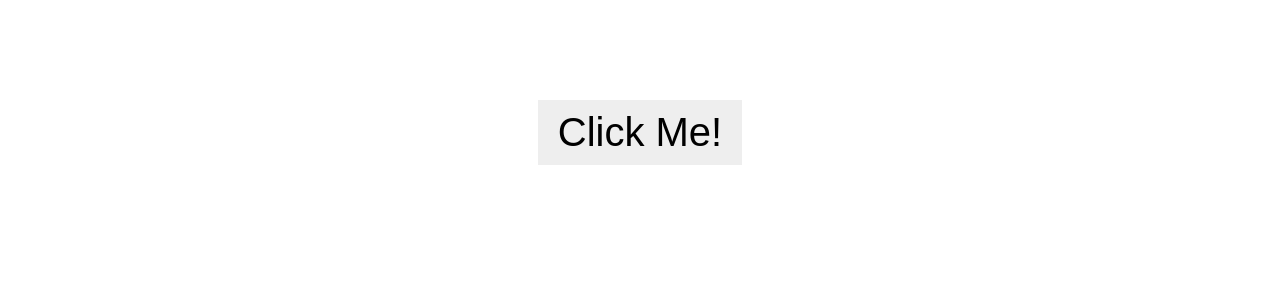
Repository: sayco/CSS-Front-End-Tutorials---Elzero
Page: 4-Create Tooltip In All Positions/index.html
An editor plug-in stored every save of this project. The page is shown before and after the next save, followed by the edit.
The browser window is 1280 px wide. The pictures show the whole page.

Above is the page before, as saved 2021-06-14 23:36:10.

### 4-Create Tooltip In All Positions/index.html
<!DOCTYPE html>
<html lang="en">
<head>
    <meta charset="UTF-8">
    <meta http-equiv="X-UA-Compatible" content="IE=edge">
    <meta name="viewport" content="width=device-width, initial-scale=1.0">
    <title>Create Tooltip In All Positions</title>
    <link rel="stylesheet" href="style.css">
</head>
<body>
    <button>
        Click Me!
        <span>This is the most valuable button</span>
    </button>
</body>
</html>

### 4-Create Tooltip In All Positions/style.css
*
{
    box-sizing: border-box;
    margin: 0px;
    padding: 0px;
}

body
{
    font-family: Arial, Helvetica, sans-serif;
    line-height: 1.4;
}

button
{
    margin: 100px auto;
    padding: 10px 20px;
    display: block;
    background-color: #eee;
    border: none;
    cursor: pointer;
    position: relative;
    font-size: 40px;
    overflow: hidden;
}

button span
{
    background-color: #333;
    color: white;
    position: absolute;
    left: 50%;
    transform: translateX(-50%);
    font-size: 18px;
    min-width: 240px;
    padding: 10px 15px;
    top: -70px;
    transition: .6s;
    opacity: 1;
}

button:hover span
{
    opacity: 0;
}

After the next save:
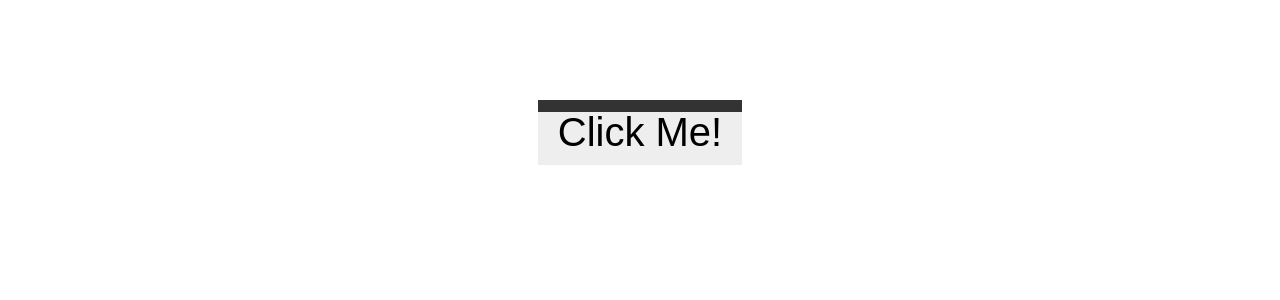
Saved 4 s later.
--- a/4-Create Tooltip In All Positions/style.css
+++ b/4-Create Tooltip In All Positions/style.css
@@ -34,7 +34,7 @@ button span
     font-size: 18px;
     min-width: 240px;
     padding: 10px 15px;
-    top: -70px;
+    top: -50px;
     transition: .6s;
     opacity: 1;
 }
